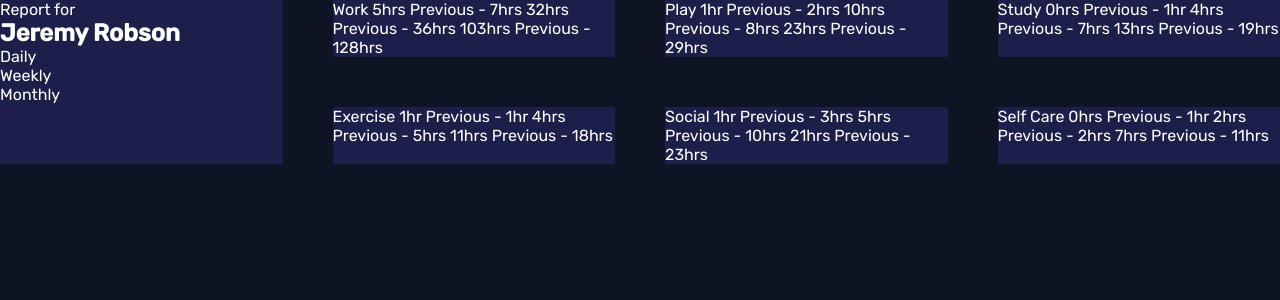
Repository: 3mr-5aled/time-tracking-dashboard-Junior
Page: index.html
The author's editor kept a copy of each file at every save. The page is drawn from the files as they stood at one save, then again after the next save.
The browser window is 1280 px wide. The pictures show the whole page.

Above is the page before, as saved 2022-12-27 15:35:35.

After the next save:
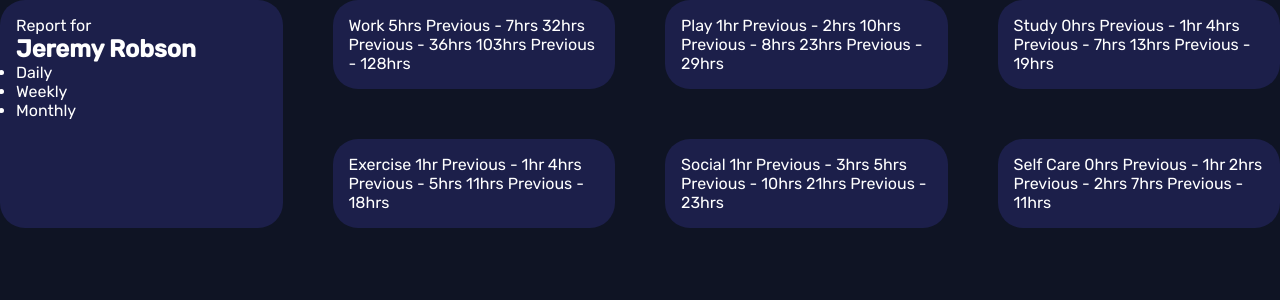
Saved 20 s later.
--- a/style.css
+++ b/style.css
@@ -55,6 +55,8 @@ body {
 .social,
 .selfCare {
   background: var(--dark-blue);
+  border-radius: 25px;
+  padding: 1rem;
 }
 
 .user {
